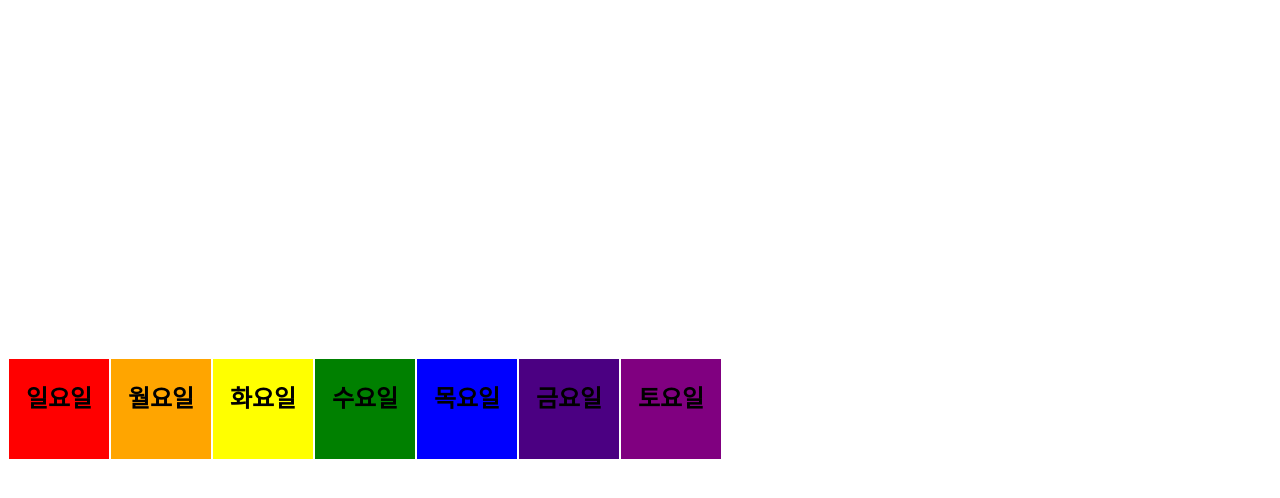
Repository: skim24245/web_workspace_src
Page: Lecture-Web/src/main/webapp/Jquery/html05.html
An editor plug-in stored every save of this project. The page is shown before and after the next save, followed by the edit.
The browser window is 1280 px wide. The pictures show the whole page.

Above is the page before, as saved 2022-05-30 10:10:57.

After the next save:
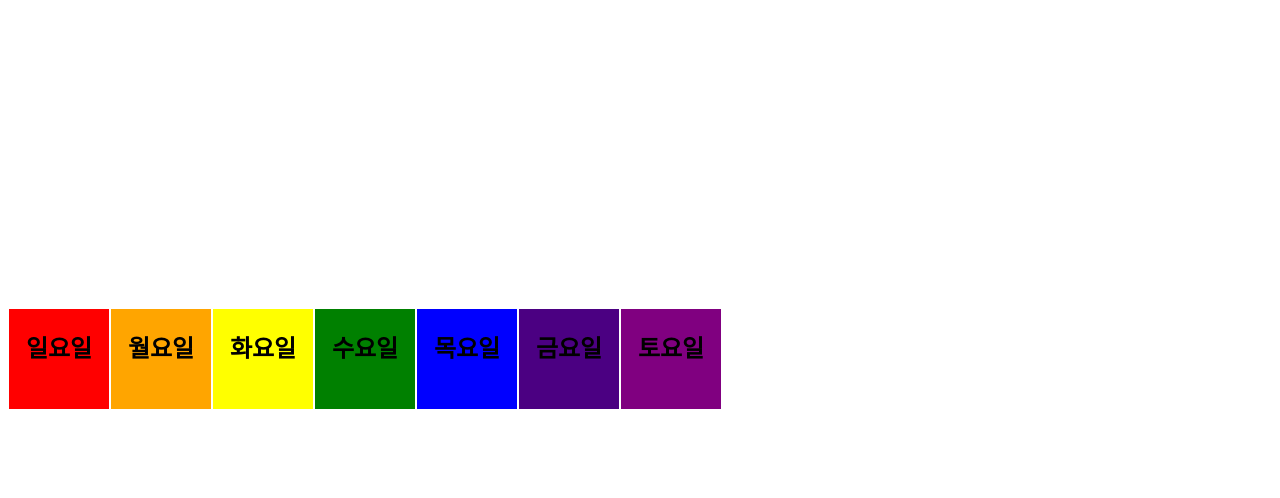
Saved 4 s later.
--- a/Lecture-Web/src/main/webapp/Jquery/html05.html
+++ b/Lecture-Web/src/main/webapp/Jquery/html05.html
@@ -13,7 +13,7 @@ div {
 	justify-content: center;
 	align-content: center;
 	border: 1px solid white;
-	margin-top: 350px;
+	margin-top: 300px;
 }
 
 h2 {
